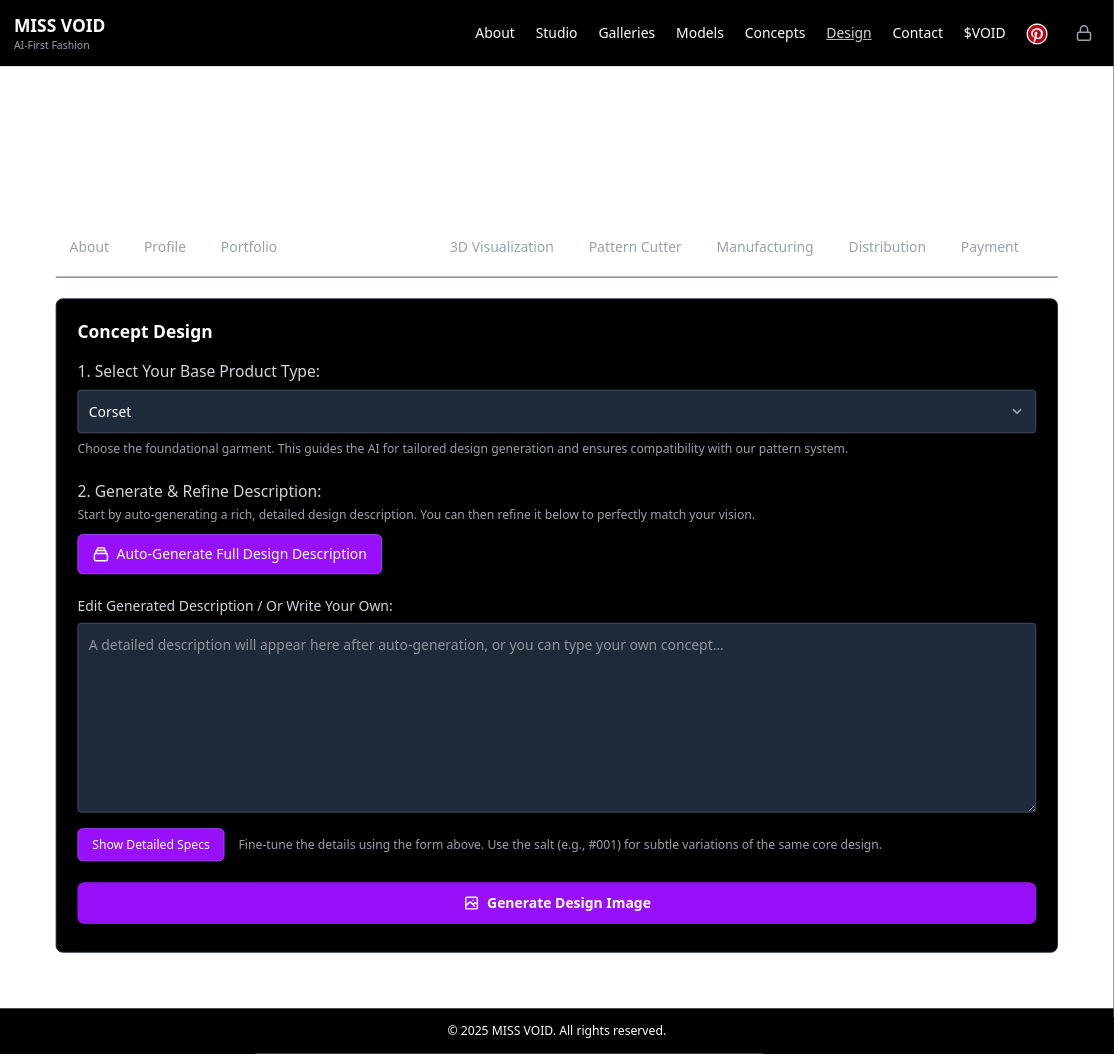
Repository: b0ase/missvoid2
Page: /design
The author's editor kept a copy of each file at every save. The page is drawn from the files as they stood at one save, then again after the next save.
The browser window is 1280 px wide. The pictures show the whole page, at 87% of full size.
The page's requests for data from a server got no answer. The project was rebuilt for these pictures with package versions that can differ from the ones it lists, and the page was loaded fresh each time. The framework's server and built-in components were replaced by stand-ins that run in the browser. No one was signed in, and anything a server would have sent is missing. Also part of the build but not shown: next.config.js, src/app/components/ThreeDModelViewer.tsx.

Above is the page before, as saved 2025-05-10 16:37:57.

After the next save:
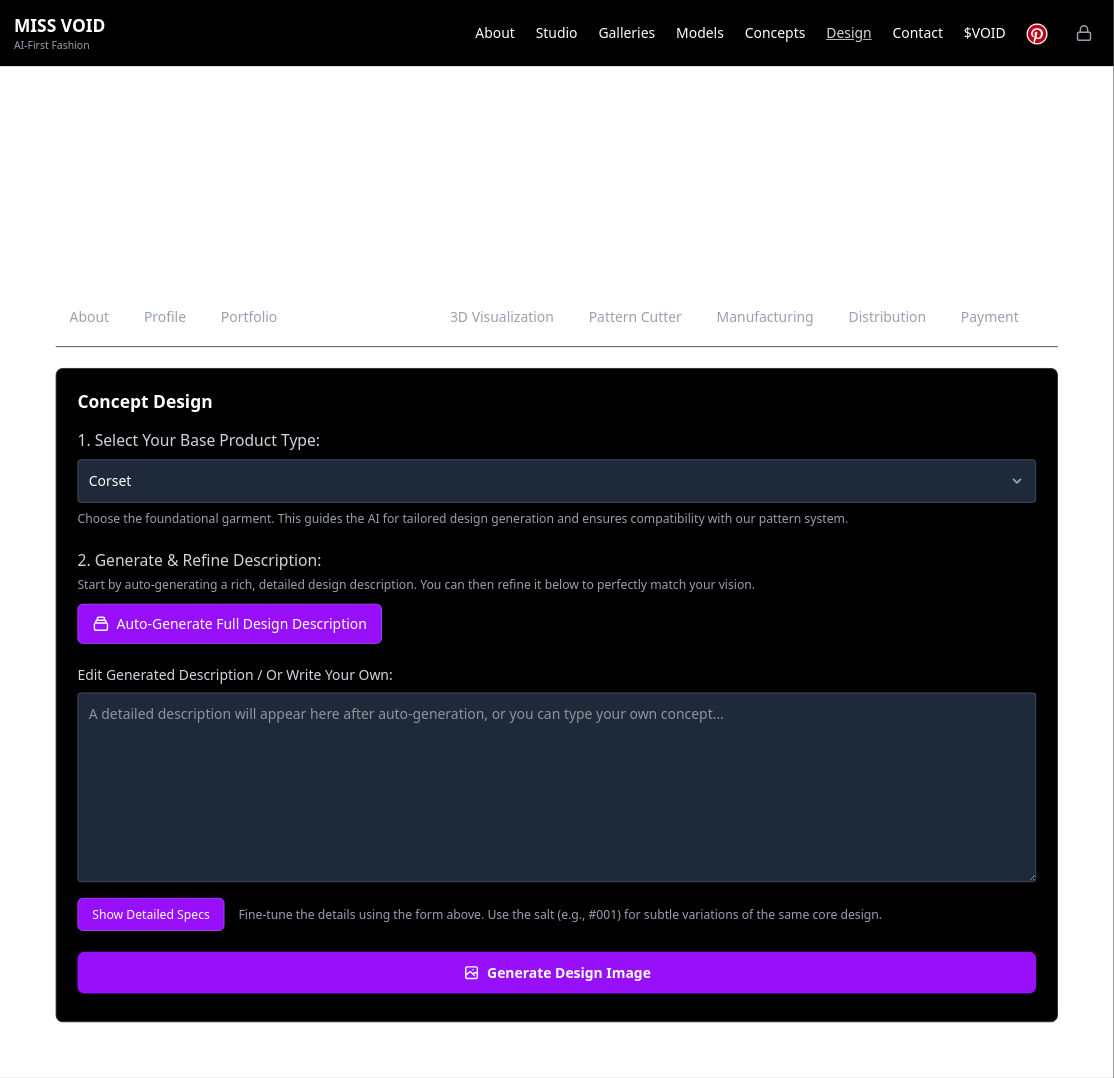
Saved 19 s later.
--- a/src/app/layout.tsx
+++ b/src/app/layout.tsx
@@ -1,7 +1,6 @@
 import "./globals.css";
 import type { Metadata } from "next";
 import { Inter } from "next/font/google";
-import Script from "next/script";
 import Navigation from "./components/Navigation";
 import { DevModeProvider } from "./context/DevModeContext";
 import { AuthProvider } from "./context/AuthContext";
@@ -12,35 +11,26 @@
 });
 
 export const metadata: Metadata = {
-  title: "MISS VOID Gallery",
-  description: "Gallery of MISS VOID images and collections",
-  other: {
-    "content-security-policy": "default-src 'self'; img-src 'self' data: blob: https:; script-src 'self' 'unsafe-eval' 'unsafe-inline' blob: https://vercel.live https://*.vercel.app; style-src 'self' 'unsafe-inline'; font-src 'self'; connect-src 'self' ws: wss: https://api.stability.ai https://*.vercel.app; worker-src 'self' blob:;"
-  }
+  title: "MISS VOID",
+  description: "AI-First Fashion Design Studio & Franchise System",
 };
 
 export default function RootLayout({
   children,
-}: {
+}: Readonly<{
   children: React.ReactNode;
-}) {
+}>) {
   return (
     <html lang="en">
-      <body className={`${inter.variable} antialiased min-h-screen flex flex-col`}>
+      <body className={`${inter.variable} bg-black text-white`}>
         <AuthProvider>
           <DevModeProvider>
             <Navigation />
-            <main className="flex-grow">
+            <main className="pt-16 sm:pt-20">
               {children}
             </main>
-            <footer className="bg-black text-white py-4 text-center text-sm">
-              <div className="container mx-auto px-4">
-                <p>© {new Date().getFullYear()} MISS VOID. All rights reserved.</p>
-              </div>
-            </footer>
           </DevModeProvider>
         </AuthProvider>
-        <Script src="/csp-bypass.js" strategy="beforeInteractive" />
       </body>
     </html>
   );
